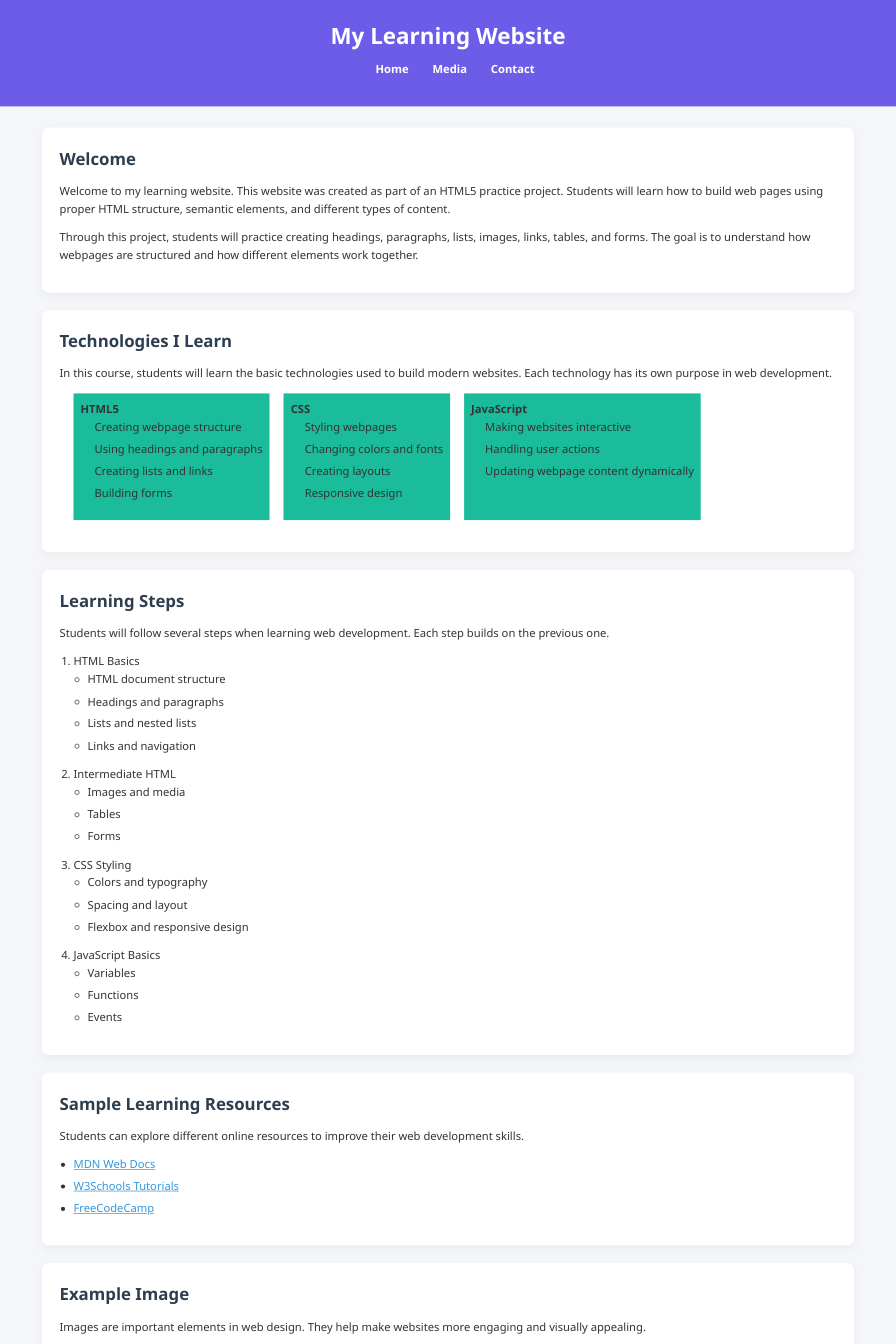
Repository: Than-sothearak/web_client_programing
Page: Week_03/index.html
These files come from the project's save history. The page is drawn as it stood at one moment and after a run of saves; the edit follows.
The browser window is 1280 px wide. The pictures show the part of the page from y = 0 to 1920 px (the page is 2969 px tall before and 2885 px after), at 70% of full size.

Above is the page before, as saved 2026-03-24 21:18:13.

After the next 3 saves:
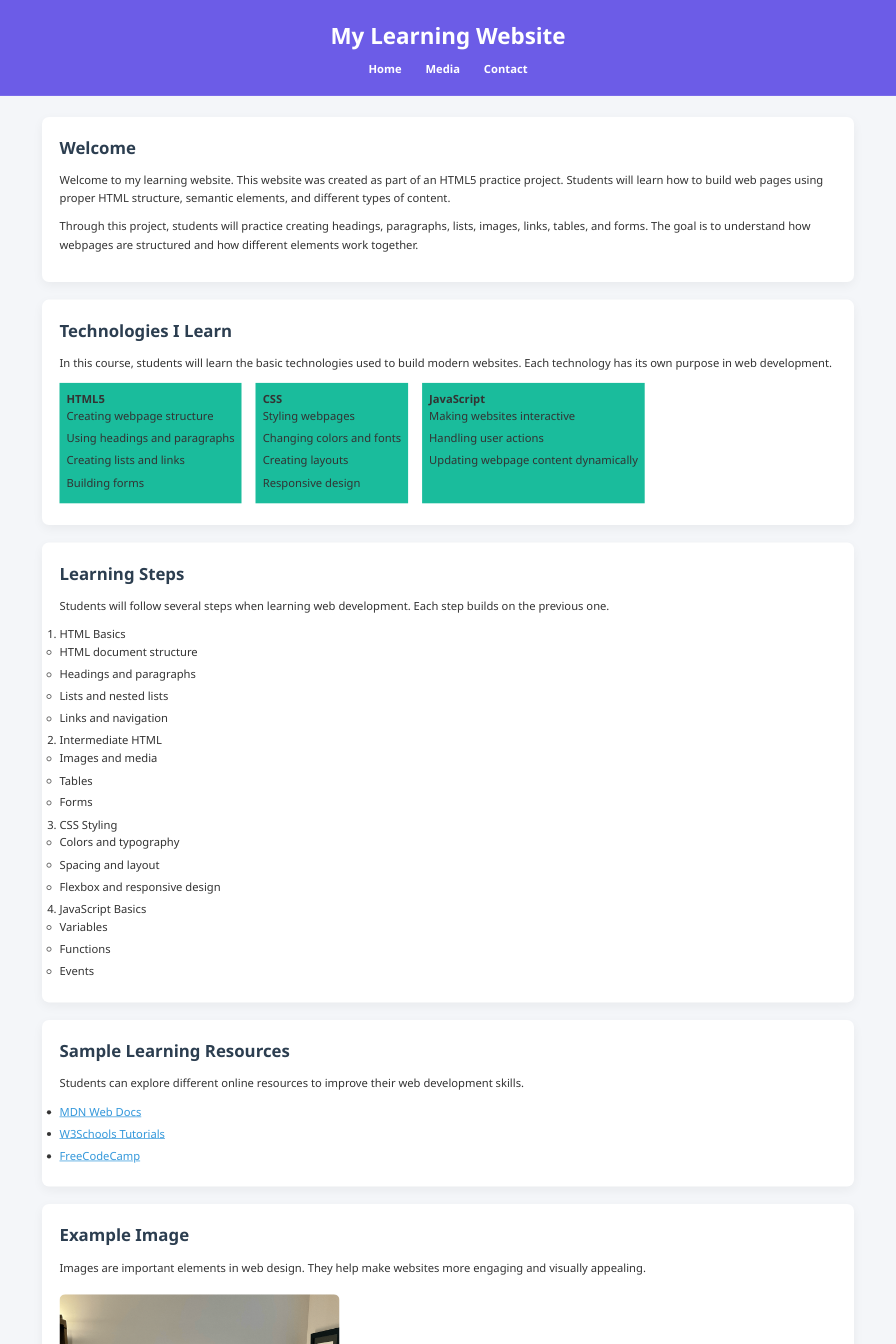
The 3 saves are shown as one change because they came seconds apart.
The last was saved 26 s later.
--- a/Week_03/styles.css
+++ b/Week_03/styles.css
@@ -93,8 +93,7 @@ p {
 
 ul,
 ol {
-  margin-left: 20px;
-  margin-bottom: 15px;
+
 }
 
 .card-container {
